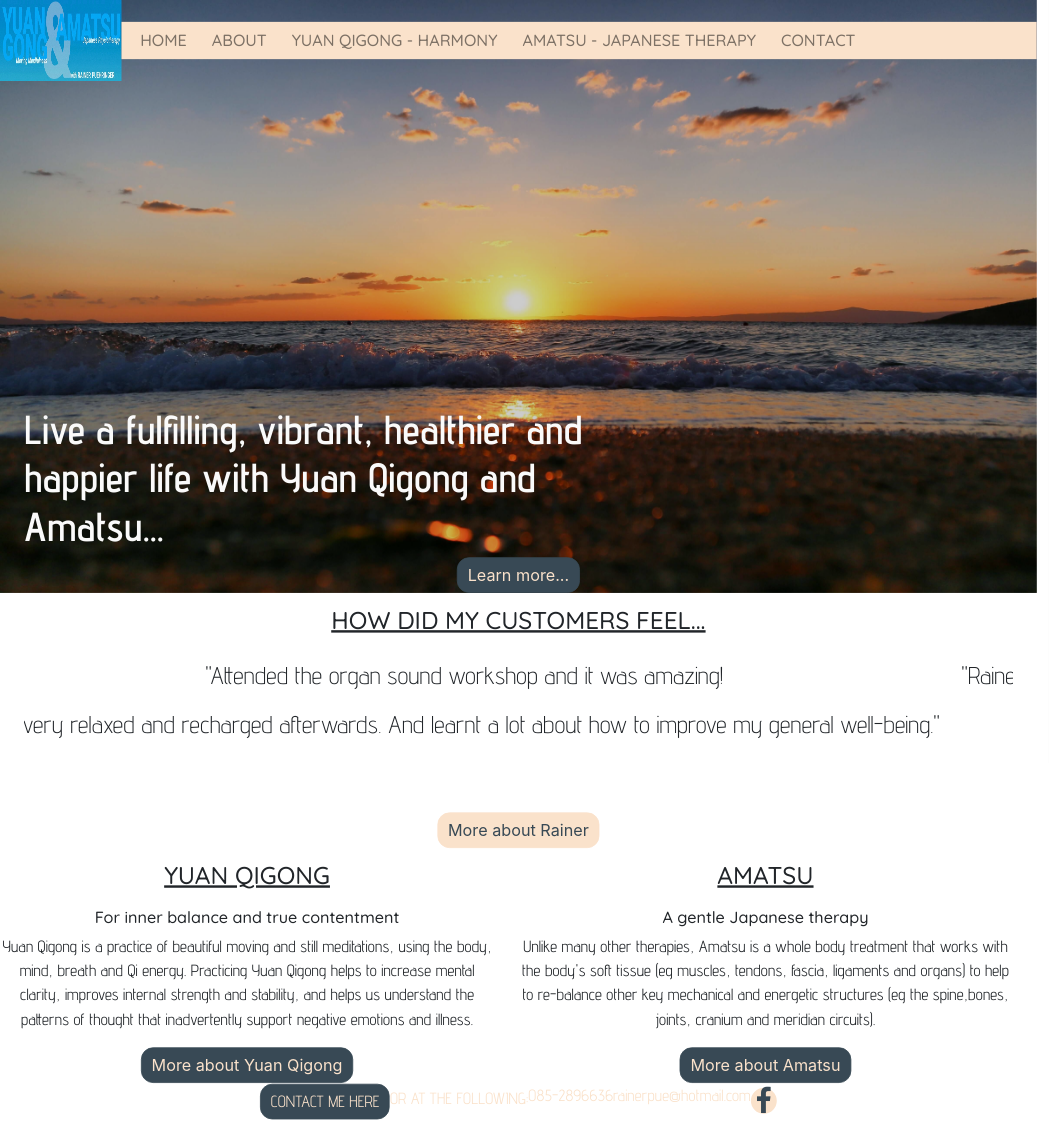
Repository: rainerpue/practitioner_website
Page: index.html
The author's editor kept a record of every edit. The page is drawn from the files as they stood at one moment, then again after the next edit.
The browser window is 1280 px wide. The page is 1295 px wide, so the pictures cover 1295 px, including what lies to the right of the window. The pictures show the whole page, at 81% of full size.
Backgrounds fixed to the window are drawn as part of the page. Some web libraries are served in a nearby version.

Above is the page before.

### index.html
<!DOCTYPE html>
<html lang="en">

<head>
    <meta charset="UTF-8">
    <meta name="viewport" content="width=device-width, initial-scale=1.0">
    <meta http-equiv="X-UA-Compatible" content="ie=edge">
    <meta name="description" content="Home page | Rainer Puehringer, Find your Energy flow">
    <meta name="keywords" content="qigong, amatsu, therapy, energy flow, body balance, harmony, Japanese therapy, yuan gong, ireland">
    <meta name="author" content="Rainer Puehringer">
    <!-- style links -->
    <link rel="stylesheet" href="https://stackpath.bootstrapcdn.com/bootstrap/4.3.1/css/bootstrap.min.css" type="text/css" />
    <link rel="stylesheet" href="https://stackpath.bootstrapcdn.com/font-awesome/4.7.0/css/font-awesome.min.css" type="text/css" />

    <!-- link to my css file comes after to make sure it render over bootstrap style -->
    <link rel="stylesheet" href="assets/css/style.css" type="text/css" />

    <title>Rainer Puehringer, Find your Energy flow with Yuan Qigong and Amatsu</title>

</head>

<body>
    <!-- navbar and logo -->
    <!-- blue background will only show on bigger screens, set to transparent for mobile device -->
    <nav class="navbar navbar-expand-md fixed-top navbar-light bg-blue">
        <!-- logo -->
        <a href="index.html" class="navbar-brand logo">
            <img src="assets/images/logo.jpeg" width="150" height="100" alt="logo">
        </a>
        <!-- button for smaller devices -->
        <button class="navbar-toggler" type="button" data-toggle="collapse" data-target="#burger" aria-controls="burger" aria-expanded="false" aria-label="Toggle navigation">
    <span class="fa fa-bars"></span>
  </button>
        <!-- navigation items which drop down vertically from burger icon in smaller devices -->
        <div class="collapse navbar-collapse" id="burger">
            <ul class="navbar-nav mr-auto text-uppercase">
                <li class="nav-item">
                    <a class="nav-link" href="index.html">Home</a>
                </li>
                <li class="nav-item">
                    <a class="nav-link" href="index.html">About</a>
                </li>
                <li class="nav-item">
                    <a class="nav-link" href="index.html">Yuan Qigong - Harmony</a>
                </li>
                <li class="nav-item">
                    <a class="nav-link" href="index.html">Amatsu - Japanese Therapy</a>
                </li>
                <li class="nav-item">
                    <a class="nav-link" href="index.html">Contact</a>
                </li>
            </ul>
        </div>
    </nav>

    <!-- end navbar -->


    <!-- home image overlay -->
<main>
    <div class="home-image">
        <div class="opaque-overlay">&nbsp;</div>
        <div class="container-fluid">
            <div class="row">
                <div class="col-12">
                    <h1 class="attention">Live a fulfilling, vibrant, healthier and happier life with Yuan Qigong and Amatsu...</h1>
                </div>
            </div>
        </div>
        <div class="container-fluid">
            <div class="row text-center">
                <div class="col-12">
                    <a class="btn btn--gal btn--grey" href="#intro">Learn more...</a>
                </div>
            </div>
        </div>
    </div>

    <!-- testimonials in a carrousel -->
    <section class="bg-slide">
        <div class="row">
            <div class="col text-center">
                <h3 class="text-uppercase color-slide">How did my customers feel...</h3>
            </div>
        </div>
        <div id="carouselExampleControls" class=" carousel slide" data-ride="carousel">
            <div class="carousel-inner col-12">
                <div class="carousel-item active" data-interval="40000">
                    <blockquote class="d-block w-100 color-slide">"Attended the organ sound workshop and it was amazing!</blockquote>
                    <blockquote class="d-block w-100 color-slide">Felt very relaxed and recharged afterwards. And learnt a lot about how to improve my general well-being."</blockquote>
                </div>
                <div class="carousel-item" data-interval="40000">
                    <blockquote class="d-block w-100 color-slide">"Rainer has a deep knowledge on the working of the human body and his Amatsu sessions are great at dealing with the route cause of your pains and ailments.</blockquote>
                    <blockquote class="d-block w-100 color-slide">I highly recommend him"</blockquote>
                </div>
                <div class="carousel-item " data-interval="40000 ">
                    <blockquote class="d-block w-100 color-slide">"Had an Amatsu session with Rainer who quickly and reliably identified sources of my posture problems, which caused me trouble for many many years.</blockquote>
                    <blockquote class="d-block w-100 color-slide">A great feeling!"</blockquote>
                </div>
            </div>
        </div>
        <div class="container-fluid">
            <div class="row text-center">
                <div class="col-12">
                    <a class="btn btn--gal btn--coral" href="#">More about Rainer</a>
                </div>
            </div>
        </div>
    </section>

    <!-- brief introduction section -->

    <section class="intro bg-intro" id="intro">
        <div class="row intro">
            <div class="col-12 col-md-6 text-center">
                <h3 class="text-uppercase color-intro">Yuan Qigong</h3>
                <h4 class="color-intro">For inner balance and true contentment</h4>
                <p class="content-intro">Yuan Qigong is a practice of beautiful moving and still meditations, using the body, mind, breath and Qi energy. Practicing Yuan Qigong helps to increase mental clarity, improves internal strength and stability, and helps us understand
                    the patterns of thought that inadvertently support negative emotions and illness.</p>

                <div class="row text-center">
                    <div class="col-12">
                        <a class="btn btn--gal btn--grey" href="#">More about Yuan Qigong</a>
                    </div>
                </div>
            </div>
            <hr class="section-divider">
            <div class="col-12 col-md-6 text-center">
                <h3 class="text-uppercase  color-intro">Amatsu</h3>
                <h4 class="color-intro">A gentle Japanese therapy</h4>
                <p class="content-intro">Unlike many other therapies, Amatsu is a whole body treatment that works with the body's soft tissue (eg muscles, tendons, fascia, ligaments and organs) to help to re-balance other key mechanical and energetic structures (eg the spine,bones,
                    joints, cranium and meridian circuits).</p>
                <div class="row text-center">
                    <div class="col-12">
                        <a class="btn btn--gal btn--grey" href="#">More about Amatsu</a>
                    </div>
                </div>
            </div>
        </div>
    </section>
</main>
    <!-- footer -->

    <footer>
        <div class="container-fluid footer">
            <div class="row footer-row">
                <div class="col-12 footer-contact">
                    <a class="btn btn--gal btn--grey text-uppercase" href="#">Contact Me Here</a>
                    <h5 class="text-uppercase">or at the following:</h5>
                    <p>085-2896636</p>
                    <p>rainerpue@hotmail.com</p>
                    <a class="socialmedia" href="https://www.facebook.com/YuanGongandAmatsuwithRainer/" target="_blank">
                    <i class="fa fa-facebook"></i>
                    <span class="sr-only">Facebook</span>
                    </a>
                </div>
            </div>
        </div>
    </footer>

    <script src="https://code.jquery.com/jquery-3.2.1.slim.min.js " integrity="sha384-KJ3o2DKtIkvYIK3UENzmM7KCkRr/rE9/Qpg6aAZGJwFDMVNA/GpGFF93hXpG5KkN " crossorigin="anonymous "></script>
    <script src="https://cdnjs.cloudflare.com/ajax/libs/popper.js/1.12.9/umd/popper.min.js " integrity="sha384-ApNbgh9B+Y1QKtv3Rn7W3mgPxhU9K/ScQsAP7hUibX39j7fakFPskvXusvfa0b4Q " crossorigin="anonymous "></script>
    <script src="https://maxcdn.bootstrapcdn.com/bootstrap/4.0.0/js/bootstrap.min.js " integrity="sha384-JZR6Spejh4U02d8jOt6vLEHfe/JQGiRRSQQxSfFWpi1MquVdAyjUar5+76PVCmYl " crossorigin="anonymous "></script>
</body>

</html>

### assets/css/style.css
@import url('https://fonts.googleapis.com/css?family=Advent+Pro:100,200,300,400,500,600,700|Quicksand:300,400,500,700|Poppins:100,200,300,400,500,600,700,800');

body {}

/*-----------------------------------------Colour */

.nav-coral {
    background-color: transparent;
}

.bg-grey {
    background-color: #384955;
    color: #FAE2CB;
    padding-bottom: 20px;
}

.bg-coral {
    background-color: #FAE2CB;
    color: #384955;
    padding-bottom: 20px;
}

/*-----------------------------------------Images */

.about-img {
    background: url(../images/about-image.jpg);
}

.qigong-img {
    background: url(../images/lotus.jpg);
}

.banner-image {
    min-height: 30vh;
    -webkit-background-size: 100% 100%;
    -moz-background-size: 100% 100%;
    -o-background-size: 100% 100%;
    background-size: 100% 100%;
    width: 100vw;
    background-repeat: no-repeat;
    position: relative;
}

.sm-img {
    max-height: 400px;
    max-width: 400px;
}


/*-----------------------------------------Special paddings/margins/texts */

.container-fluid {
    margin: 0;
}

.text-uppercase {
    text-transform: uppercase;
}

.text-center {
    text-align: center;
    margin: 0;
}

.text-justify {
    text-align: justify;
    text-justify: inter-word;
}

main {
    margin: 0;
    padding: 0;
}

h3 {
    padding: 15px 0 15px;
    font-family: "Quicksand", sans-serif;
    font-weight: 500;
    font-size: 30px;
    text-decoration: underline;
}

h4 {
    font-family: "Quicksand", sans-serif;
    font-weight: 500;
    font-size: 20px;
}

a {
    text-decoration: none;
    cursor: pointer;
}

/*-----------------------------------------buttons */

.btn:hover {
    color: #fafafa;
    text-decoration: none;
}

.btn--gal {
    margin-bottom: 0;
    margin-top: 0;
    border-radius: 15px;
    font-size: 20px;
    text-decoration: none;
    cursor: pointer;
}

.btn--grey {
    background-color: #384955;
    border-color: #384955;
    color: #FAE2CB;
}

.btn--grey:hover {
    color: #FF8863;
}

.btn--coral {
    background-color: #FAE2CB;
    border-color: #FAE2CB;
    color: #384955;
}

.btn--coral:hover {
    color: #87B0CD;
}

.btn--footer {
    color: #FAE2CB;
}

/*-----------------------------------------section divider */

.section-divider-short {
    width: 75px;
    height: 5px;
    border: 0;
    background-color: #384955;
}

.section-divider-long {
    width: 100%;
    height: 10px;
    border: 0;
    background-color: #384955;
    margin: 0;
}

/*-----------------------------------------logo */

.logo {
    display: inline-block;
    padding: 0;
    margin: 0;
    line-height: inherit;
    white-space: nowrap;
    background-position: center;
    background-repeat: no-repeat;
    -o-transition: all .5s ease-in-out;
    transition: all .5s ease-in-out;
    -moz-transition: all .5s ease-in-out;
    -webkit-transition: all .5s ease-in-out;
}

/*-----------------------------------------burger icon */

.fa-bars {
    font-size: 30px;
    padding: 5px;
}

.navbar-light .navbar-toggler {
    border-color: rgba(0, 0, 0, .3);
    margin-right: 15px;
}

/*-----------------------------------------nav */

.navbar {
    padding: 0;
    text-align: center;
    overflow: auto;
}

.navbar-collapse {
    background-color: #FAE2CB
}

.nav-item {
    padding-left: 15px;
}

.nav-item a {
    color: #384955;
    font-family: "Quicksand", sans-serif;
    font-weight: 500;
    font-size: 20px;
    -webkit-transition: background-color .2s ease-in-out, color .2s ease-in-out;
    -o-transition: background-color .2s ease-in-out, color .2s ease-in-out;
    transition: background-color .2s ease-in-out, color .2s ease-in-out;
}

.nav-item a:hover {
    color: #FAE2CB!important;
    background-color: #384955;
}

/*-----------------------------------------full background image with attention */

.home-image {
    min-height: 95vh;
    -webkit-box-align: center;
    -ms-flex-align: center;
    align-items: center;
    position: relative;
    background: url(../images/home-image.jpg) no-repeat center center fixed;
    background-size: cover;
    padding-top: 100px;
}

.opaque-overlay {
    position: absolute;
    top: 0;
    left: 0;
    height: 100%;
    width: 100%;
    background: rgba(0, 0, 0, 0.2);
}

.attention {
    width: 80%;
    color: #fafafa;
    font-family: "Advent Pro", sans-serif;
    font-size: 40px;
    font-weight: 600;
    padding-left: 15px;
    padding-top: 200px;
}

/*-----------------------------------------testimonials in carrousel */

.slide {
    position: relative;
    display: -webkit-box;
    display: -ms-flexbox;
    display: flex;
    -webkit-box-align: center;
    -ms-flex-align: center;
    align-items: center;
    min-height: 30vh;
    text-align: center;
    padding: 5px 30px;
    margin-bottom: 20px
}

blockquote {
    width: 80px;
    font-family: "Advent Pro", sans-serif;
    font-weight: 300;
    font-size: 30px;
}

/*-----------------------------------------home intro section */

.intro {
    width: 100%;
    padding: 0;
    min-height: 20vh;
}

.content-intro {
    font-family: "Advent Pro", sans-serif;
    font-size: 20px;
    font-weight: 400;
    margin-bottom: 20px;
}

/*-----------------------------------------footer */

.footer-row {
    padding: 0 15px;
    text-align: center;
    margin-bottom: 20px;
}

.footer-contact {
    font-family: "Advent Pro", sans-serif;
    text-align: center;
    -webkit-box-align: center;
    -ms-flex-align: center;
    align-items: center;
    -webkit-box-pack: center;
    -ms-flex-pack: center;
    justify-content: center;
    color: #FAE2CB;
    padding: 0;
    margin: 0;
}

.footer-contact p {
    font-weight: 400;
    font-size: 20px;

}

.footer-contact h5 {
    font-weight: 400;
    font-size: 20px;
}

.socialmedia i {
    width: 32px;
    height: 32px;
    padding: 12px 0;
    border-radius: 50%;
    font-size: 35px;
    line-height: 7px;
    text-align: center;
    color: #384955;
    background: #FAE2CB;
    transition: all 0.35s ease-in-out;
    -moz-transition: all 0.35s ease-in-out;
    -webkit-transition: all 0.35s ease-in-out;
    -o-transition: all 0.35s ease-in-out;
}

.social-links i:hover {
    background: #e84610;
}

/*-----------------------------------------main content for each page */

.main-content {
    position: relative;
    padding-top: 5px;
    padding-bottom: 5px;
    padding-right: 30px;
    line-height: 200%;
    font-family: "Advent Pro", sans-serif;
    font-size: 20px;
    font-weight: 400;
}

.section-column {
    display: table-cell;
    padding: 0 30px 30px;
    float: none;
}

.intro-section {
    padding-top: 10px;
    padding-bottom: 20px;
}

.section-details {
    min-height: 25vh;
    -webkit-box-align: center;
    -ms-flex-align: center;
    align-items: center!important;
    margin-bottom: 15px;
}



/*-----------------------------------------links to other websites on about page */

.links {
    color: #FAE2CB;
    font-weight: 700;
}

.links:hover {
    color: #FF8863;
}

/*-----------------------------------------timeline */

.timeline {
    margin: 0;
}

.history-items {
    padding-left: 30px;
    padding-bottom: 15px;
}

.timeline-item {
    padding: 4em 2em 0em 2em;
    position: relative;
    color: #384955;
    border-left: 1px solid;
    font-family: "Advent Pro", sans-serif;
}

.timeline-item p {
    padding: 0;
    margin: 0;
}

.timeline-item:before {
    content: attr(data-dates);
    position: absolute;
    left: 2.5em;
    top: 3em;
    display: block;
    font-family: "Advent Pro", sans-serif;
    font-weight: 500;
    font-size: 0.8em;
    padding: 0;
    margin: 0;
}

.timeline-item:after {
    width: 12px;
    height: 12px;
    display: block;
    position: absolute;
    top: 2.4em;
    left: -6px;
    border-radius: 12px;
    content: "";
    background-color: #384955;
}



/*-----------------------------------------qualifications */

.list-row {
    padding: 30px 0 30px;
    line-height: 200%;
}

.list-row i {
    font-size: 40px;
}

/*-----------------------------------------Qigong page */

.qigong-p {
    padding: 15px;
}

.list-section {
    padding-left: 30px;
    padding-bottom: 15px;
    margin-bottom: 10px;
    border: 10px solid;
}

.quote {
    font-family: "Quicksand", sans-serif;
    font-weight: 100;
    font-size: 30px;
}

.quote i {
    padding: 5px;
    font-weight: 700;
}

#video {
    min-height: 50vh;
}

/*-----------------------------------------media queries */

/*-----------------------------------------media query to add navbar color background color on bigger screens */

@media (min-width: 768px) {
    .nav-coral {
        background-color: #FAE2CB;
    }
}

@media (min-width: 768px) {
    .attention {
        padding-top: 400px;
        width: 60%;
        font-size: 50px;
    }
}

@media (min-width: 768px) {
    .slide {
        min-height: 20vh;
    }
}

@media (min-width: 768px) {
    .section-divider-short {
        width: 0px;
        height: 0px;
        border: 0;
    }
}

@media (min-width: 768px) {
    .footer-contact {
        display: -webkit-box;
        display: -ms-flexbox;
        display: flex;
    }
}

@media (min-width: 768px) {
    .footer-contact h5 p a {
        padding-left: 15px;
    }
}

@media (min-width: 768px) {
    .history-items {
        border: 10px solid;
        border-bottom: none;
    }
}

@media (min-width: 768px) {
    .section-column {
        padding: 0 50px 0;
    }
}

After the next edit:
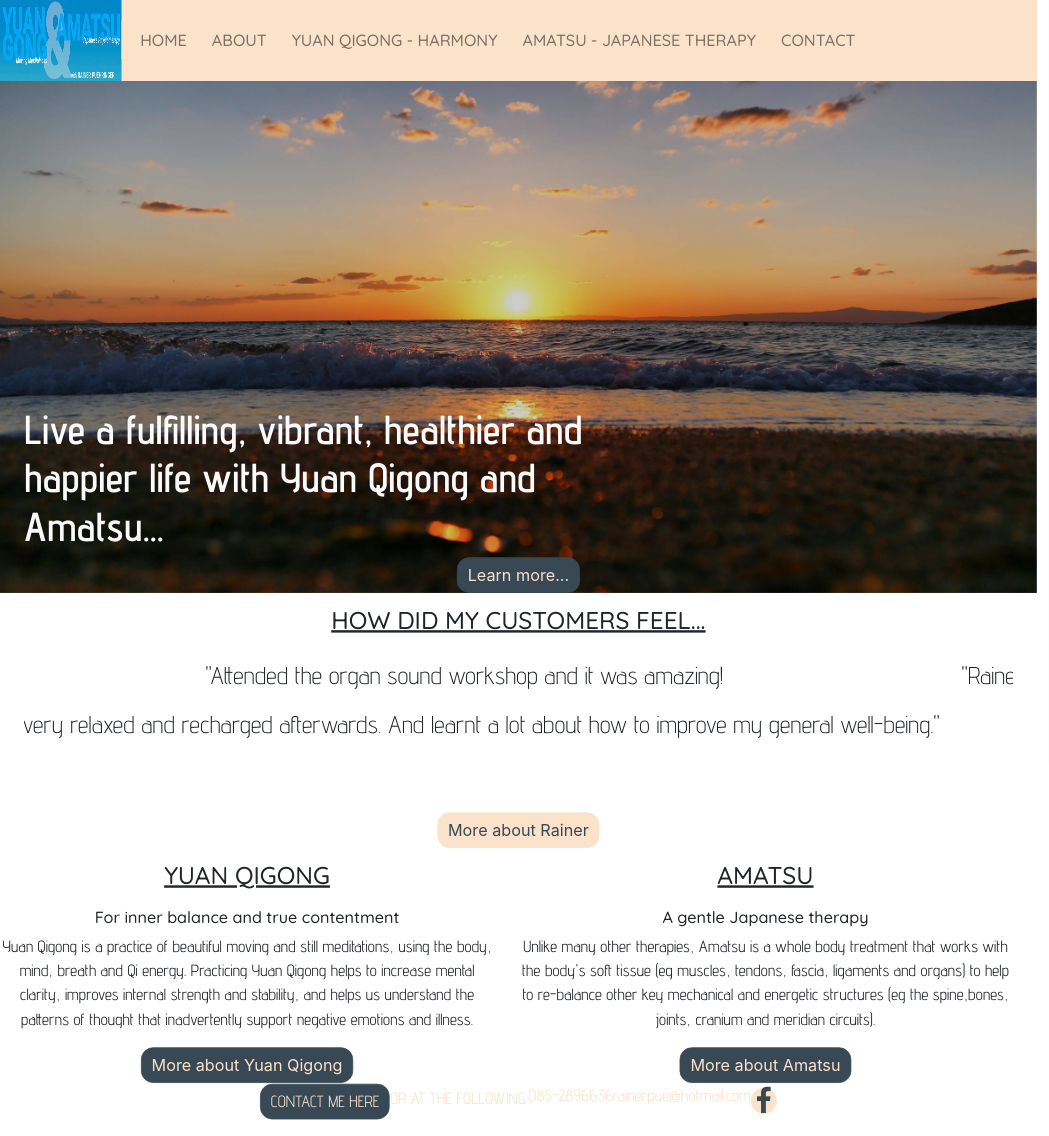
The edit:
--- a/index.html
+++ b/index.html
@@ -22,7 +22,7 @@
 <body>
     <!-- navbar and logo -->
     <!-- blue background will only show on bigger screens, set to transparent for mobile device -->
-    <nav class="navbar navbar-expand-md fixed-top navbar-light bg-blue">
+    <nav class="navbar navbar-expand-md fixed-top navbar-light bg-coral">
         <!-- logo -->
         <a href="index.html" class="navbar-brand logo">
             <img src="assets/images/logo.jpeg" width="150" height="100" alt="logo">
